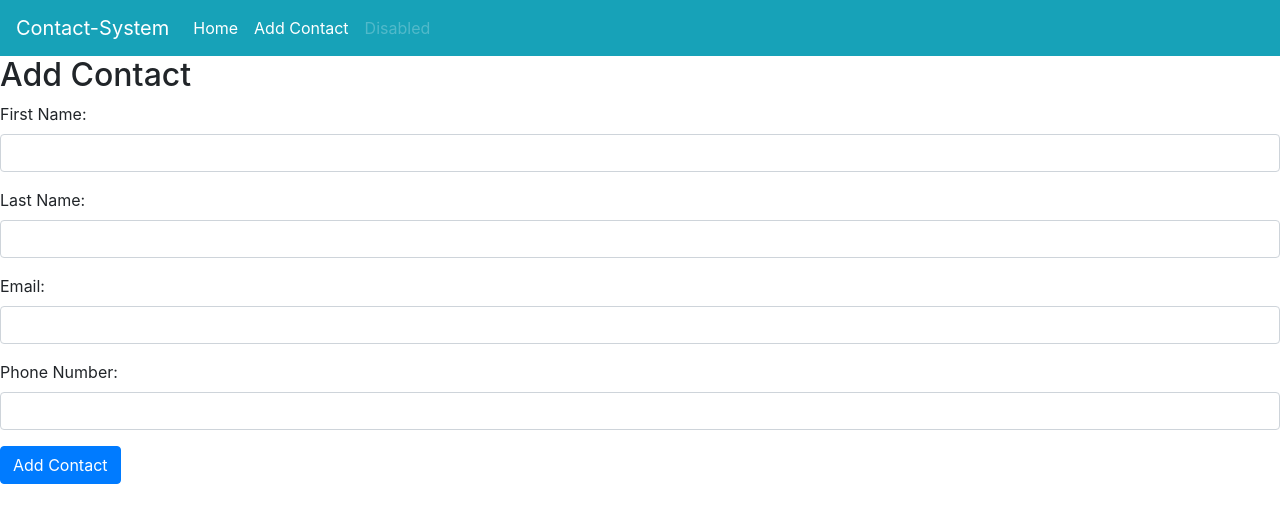
Repository: vivek9099/ContactManage
Page: http://localhost/addemp
The author's editor kept a copy of each file at every save. The page is drawn from the files as they stood at one save, then again after the next save.
The browser window is 1280 px wide. The pictures show the whole page.
Some web libraries are served in a nearby version. The page is this project's Thymeleaf template; nobody is signed in. The template is opened directly, without the code that normally fills it, so the values that code supplies are empty.

Above is the page before, as saved 2023-03-28 10:47:27.

### Contact-System/src/main/resources/templates/addemp.html
<!doctype html>
<html lang="en">
  <head>
    <!-- Required meta tags -->
    <meta charset="utf-8">
    <meta name="viewport" content="width=device-width, initial-scale=1, shrink-to-fit=no">

    <!-- Bootstrap CSS -->
    <link rel="stylesheet" href="https://cdn.jsdelivr.net/npm/bootstrap@4.0.0/dist/css/bootstrap.min.css" integrity="sha384-Gn5384xqQ1aoWXA+058RXPxPg6fy4IWvTNh0E263XmFcJlSAwiGgFAW/dAiS6JXm" crossorigin="anonymous">

    <title>HomePage</title>
  </head>
  <body>
  <!-- navbar -->
  <nav class="navbar navbar-expand-lg navbar-dark bg-info">
  <a class="navbar-brand" href="#">Contact-System</a>
  <button class="navbar-toggler" type="button" data-toggle="collapse" data-target="#navbarSupportedContent" aria-controls="navbarSupportedContent" aria-expanded="false" aria-label="Toggle navigation">
    <span class="navbar-toggler-icon"></span>
  </button>

  <div class="collapse navbar-collapse" id="navbarSupportedContent">
    <ul class="navbar-nav mr-auto">
      <li class="nav-item active">
        <a class="nav-link" href="#">Home <span class="sr-only">(current)</span></a>
      </li>
      <li class="nav-item active">
        <a class="nav-link" href="#">Add Contact</a>
      </li>

      <li class="nav-item">
        <a class="nav-link disabled" href="#">Disabled</a>
      </li>
    </ul>

  </div>
</nav>
<!--form-->
<form id="add-contact-form">
  <h2>Add Contact</h2>
  <div class="form-group">
    <label for="first-name-input">First Name:</label>
    <input type="text" class="form-control" id="first-name-input" required>
  </div>
  <div class="form-group">
    <label for="last-name-input">Last Name:</label>
    <input type="text" class="form-control" id="last-name-input" required>
  </div>
  <div class="form-group">
    <label for="email-input">Email:</label>
    <input type="email" class="form-control" id="email-input" required>
  </div>
  <div class="form-group">
    <label for="phone-number-input">Phone Number:</label>
    <input type="text" class="form-control" id="phone-number-input" required>
  </div>
  <button type="submit" class="btn btn-primary">Add Contact</button>
</form>



  </tbody>
</table>
</div>

    <!-- Optional JavaScript -->
    <!-- jQuery first, then Popper.js, then Bootstrap JS -->
    <script src="https://code.jquery.com/jquery-3.2.1.slim.min.js" integrity="sha384-KJ3o2DKtIkvYIK3UENzmM7KCkRr/rE9/Qpg6aAZGJwFDMVNA/GpGFF93hXpG5KkN" crossorigin="anonymous"></script>
    <script src="https://cdn.jsdelivr.net/npm/popper.js@1.12.9/dist/umd/popper.min.js" integrity="sha384-ApNbgh9B+Y1QKtv3Rn7W3mgPxhU9K/ScQsAP7hUibX39j7fakFPskvXusvfa0b4Q" crossorigin="anonymous"></script>
    <script src="https://cdn.jsdelivr.net/npm/bootstrap@4.0.0/dist/js/bootstrap.min.js" integrity="sha384-JZR6Spejh4U02d8jOt6vLEHfe/JQGiRRSQQxSfFWpi1MquVdAyjUar5+76PVCmYl" crossorigin="anonymous"></script>
  </body>
</html>

After the next save:
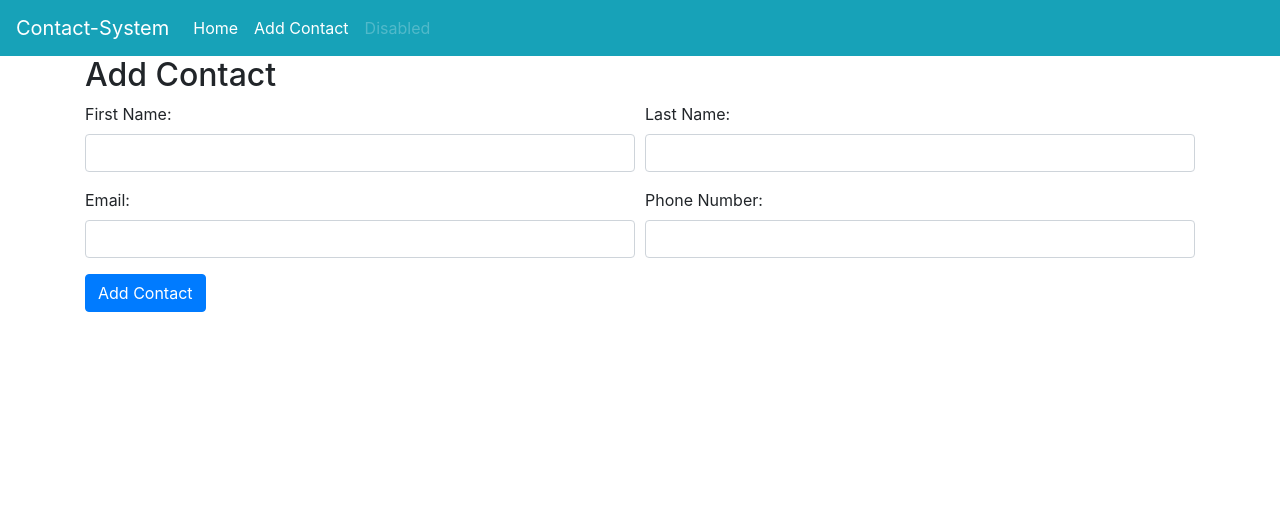
Saved 2 min 35 s later.
--- a/Contact-System/src/main/resources/templates/addemp.html
+++ b/Contact-System/src/main/resources/templates/addemp.html
@@ -35,26 +35,32 @@
   </div>
 </nav>
 <!--form-->
-<form id="add-contact-form">
-  <h2>Add Contact</h2>
-  <div class="form-group">
-    <label for="first-name-input">First Name:</label>
-    <input type="text" class="form-control" id="first-name-input" required>
-  </div>
-  <div class="form-group">
-    <label for="last-name-input">Last Name:</label>
-    <input type="text" class="form-control" id="last-name-input" required>
-  </div>
-  <div class="form-group">
-    <label for="email-input">Email:</label>
-    <input type="email" class="form-control" id="email-input" required>
-  </div>
-  <div class="form-group">
-    <label for="phone-number-input">Phone Number:</label>
-    <input type="text" class="form-control" id="phone-number-input" required>
-  </div>
-  <button type="submit" class="btn btn-primary">Add Contact</button>
-</form>
+<div class="container">
+  <form id="add-contact-form">
+    <h2>Add Contact</h2>
+    <div class="form-row">
+      <div class="form-group col-md-6">
+        <label for="first-name-input">First Name:</label>
+        <input type="text" class="form-control" id="first-name-input" required>
+      </div>
+      <div class="form-group col-md-6">
+        <label for="last-name-input">Last Name:</label>
+        <input type="text" class="form-control" id="last-name-input" required>
+      </div>
+    </div>
+    <div class="form-row">
+      <div class="form-group col-md-6">
+        <label for="email-input">Email:</label>
+        <input type="email" class="form-control" id="email-input" required>
+      </div>
+      <div class="form-group col-md-6">
+        <label for="phone-number-input">Phone Number:</label>
+        <input type="text" class="form-control" id="phone-number-input" required>
+      </div>
+    </div>
+    <button type="submit" class="btn btn-primary">Add Contact</button>
+  </form>
+</div>
 
 
 
